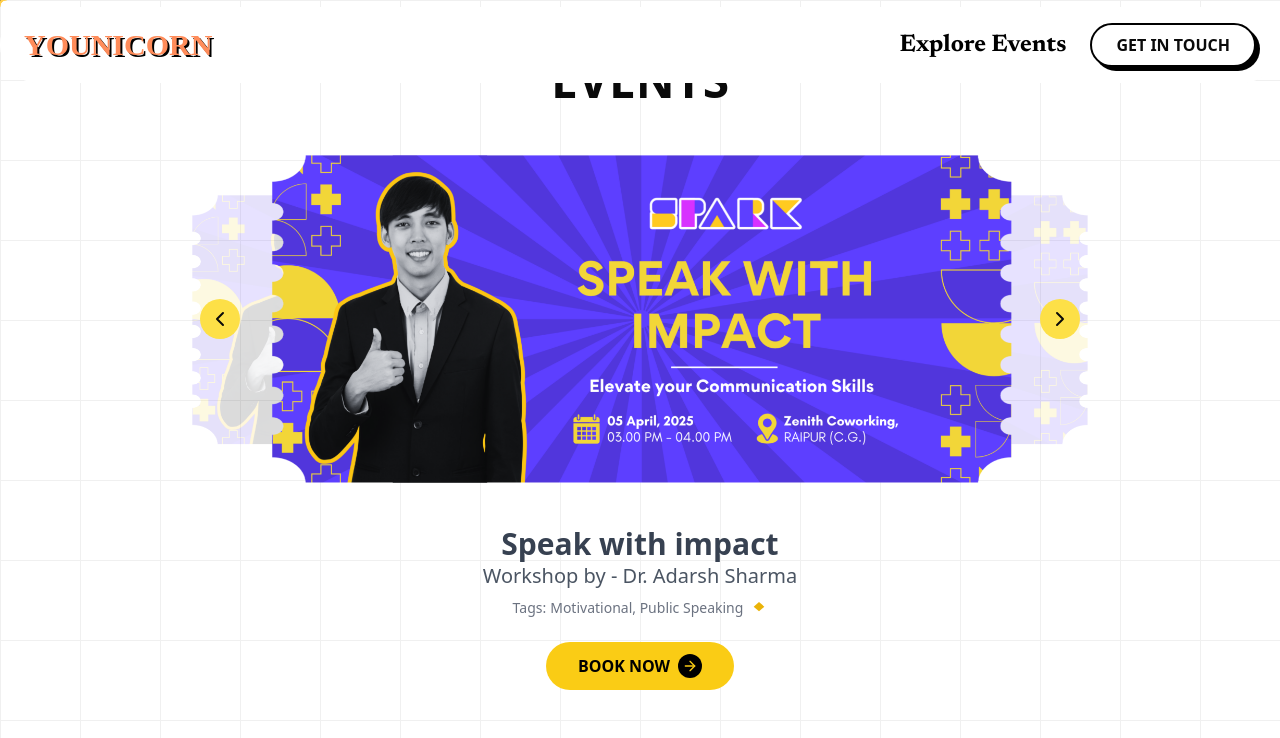
Repository: as-avni/dreamersite
Page: /events
An editor plug-in stored every save of this project. The page is shown before and after a run of saves, followed by the edit.
The browser window is 1280 px wide. The pictures show the whole page.
Some web fonts or font styles are not loaded; a fallback is used. The project was rebuilt for these pictures with package versions that can differ from the ones it lists, and the page was loaded fresh each time. The framework's server and built-in components were replaced by stand-ins that run in the browser. Also part of the build but not shown: next.config.ts.

Above is the page before, as saved 2025-03-27 17:34:04.

After the next 2 saves:
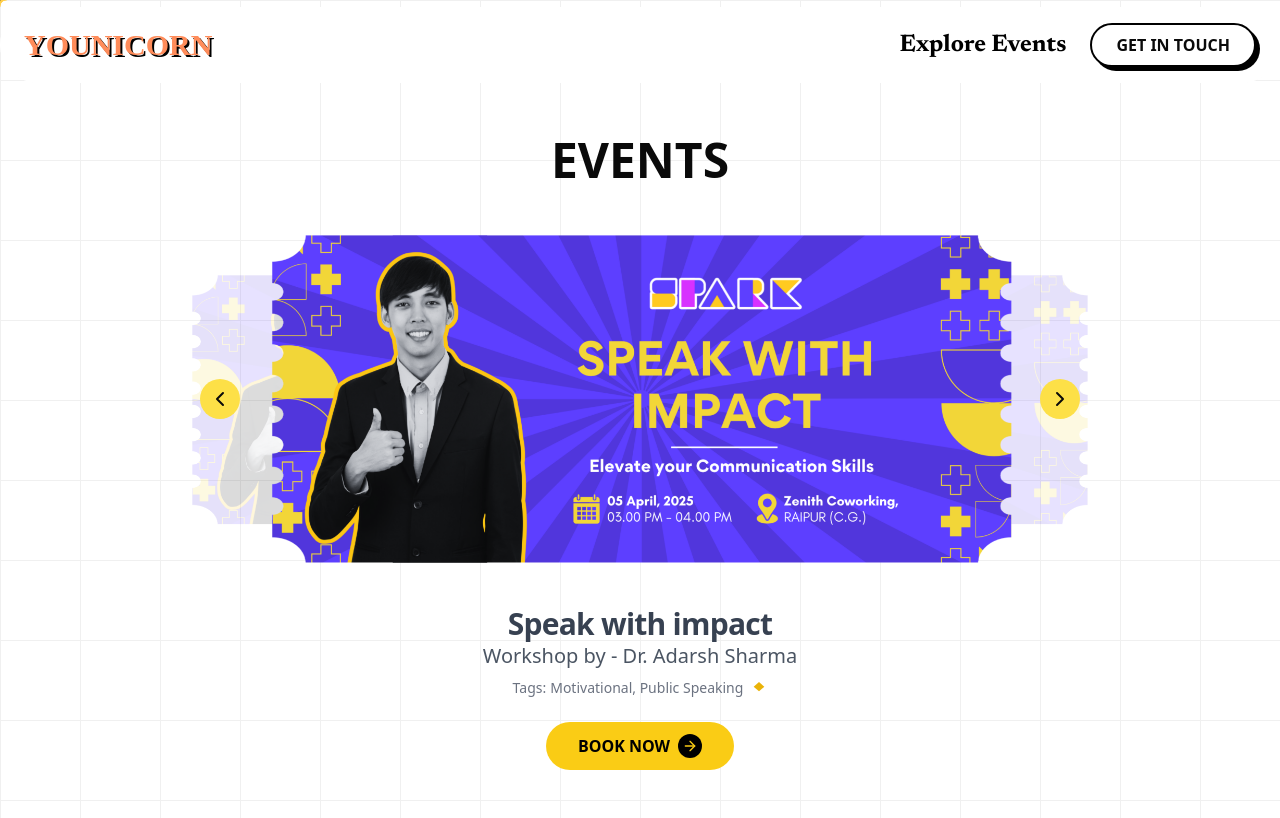
The 2 saves are shown as one change because they came seconds apart.
The last was saved 9 s later.
--- a/src/app/events/events-page.tsx
+++ b/src/app/events/events-page.tsx
@@ -51,7 +51,7 @@ return (
 
 
     {/* Events Heading */}8
-    <h1 className="text-5xl font-bold mt-">EVENTS</h1>
+    <h1 className="text-5xl font-bold mt-20">EVENTS</h1>
 
     {/* Event Carousel */}
     <div className="w-full max-w-4xl relative mb-8 my-10">
@@ -83,7 +83,7 @@ return (
 
     {/* Event Details - Changes based on current carousel item */}
     <div className="text-center mb-4">
-        <h2 className="text-3xl font-semibold text-gray-700 ">{currentEvent.title}</h2>
+        <h2 className="text-3xl font-semibold text-gray-700 tracking-tight">{currentEvent.title}</h2>
         <p className="text-xl text-gray-600 mb-2">Workshop by - {currentEvent.presenter}</p>
 
         <div className="flex justify-center items-center mb-6">
